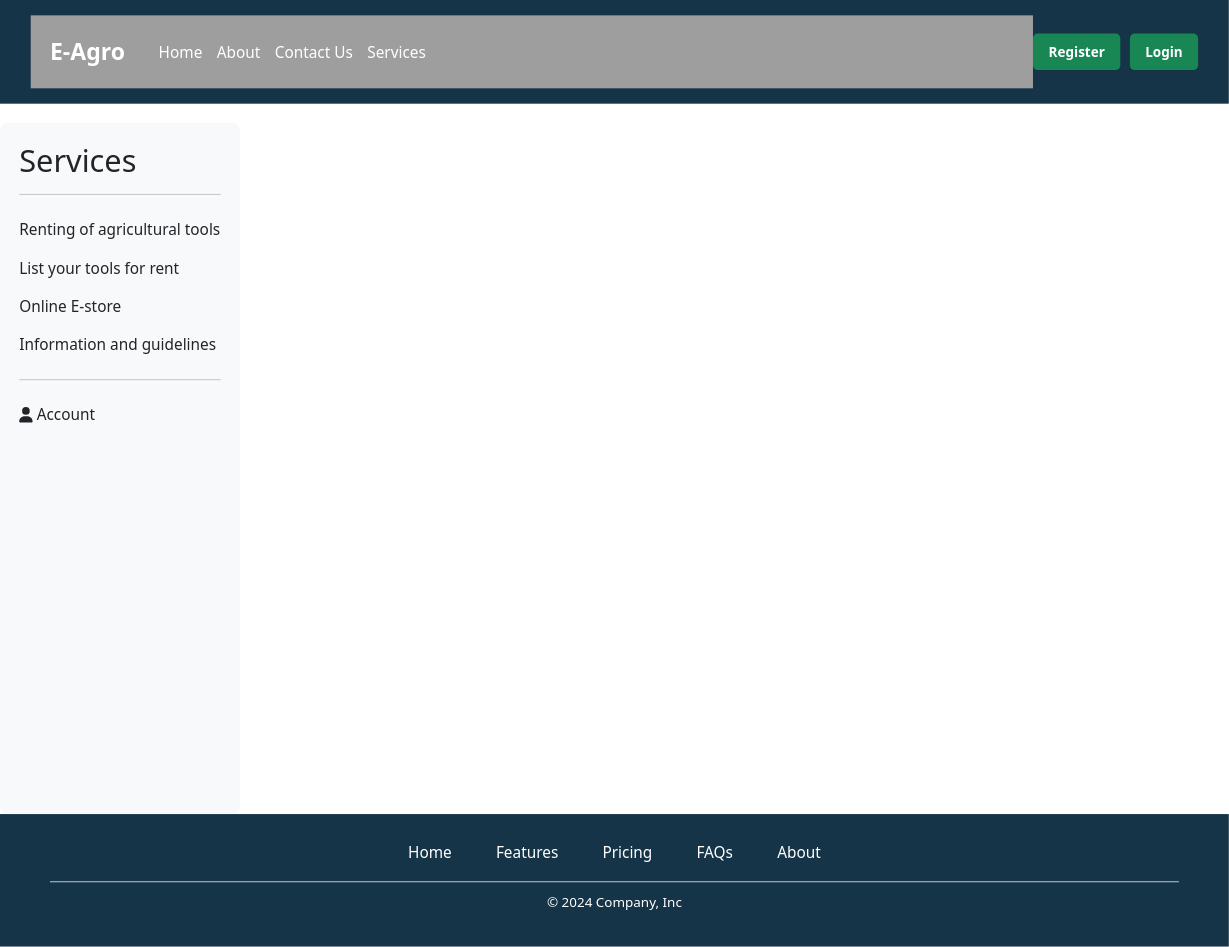
Repository: soniyakhichi11/E-Agro
Page: /Rental (app in frontend/)
The author's editor kept a copy of each file at every save. The page is drawn from the files as they stood at one save, then again after the next save.
The browser window is 1280 px wide. The pictures show the whole page, at 96% of full size.
Pictures or frames that could not be fetched are drawn as grey boxes. The page's requests for data from a server got no answer. The project was rebuilt for these pictures with package versions that can differ from the ones it lists, and the page was loaded fresh each time. No one was signed in, and anything a server would have sent is missing. Also part of the build but not shown: frontend/vite.config.js, frontend/src/components/Register.jsx, frontend/src/components/FormRental.jsx, frontend/src/components/BookingPage.jsx, frontend/src/components/Home.jsx, frontend/src/components/About.jsx, frontend/src/components/Contact.jsx, frontend/src/components/Login.jsx.

Above is the page before, as saved 2025-04-05 19:01:56.

After the next save:
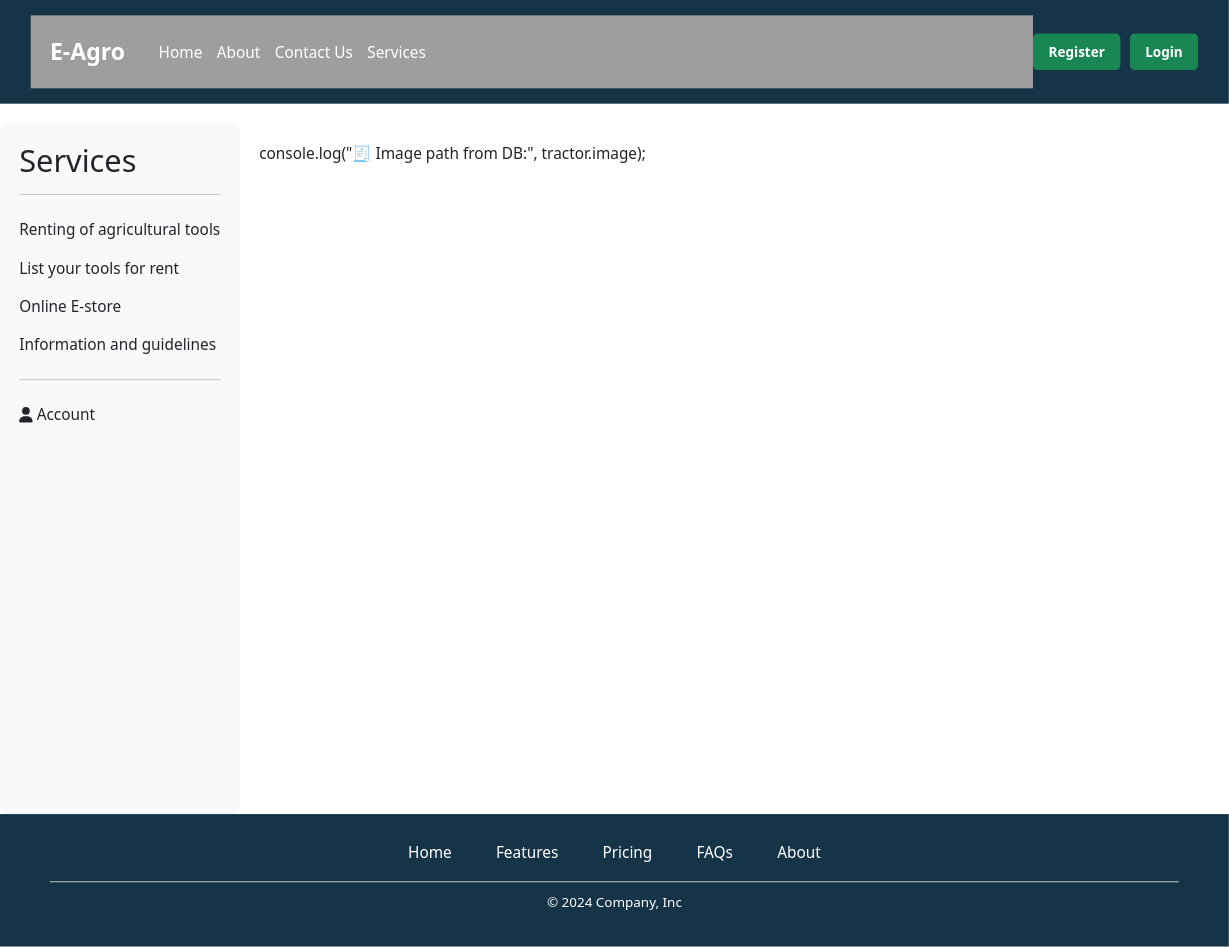
Saved 10 s later.
--- a/frontend/src/components/Rental.jsx
+++ b/frontend/src/components/Rental.jsx
@@ -74,7 +74,7 @@
 
     {/* Cards Container */}
     <div className="cards-container">
-
+    console.log("🧾 Image path from DB:", tractor.image);
 
         {tractors.map((tractor) => (
             <div key={tractor._id} className="card">

After the save that followed:
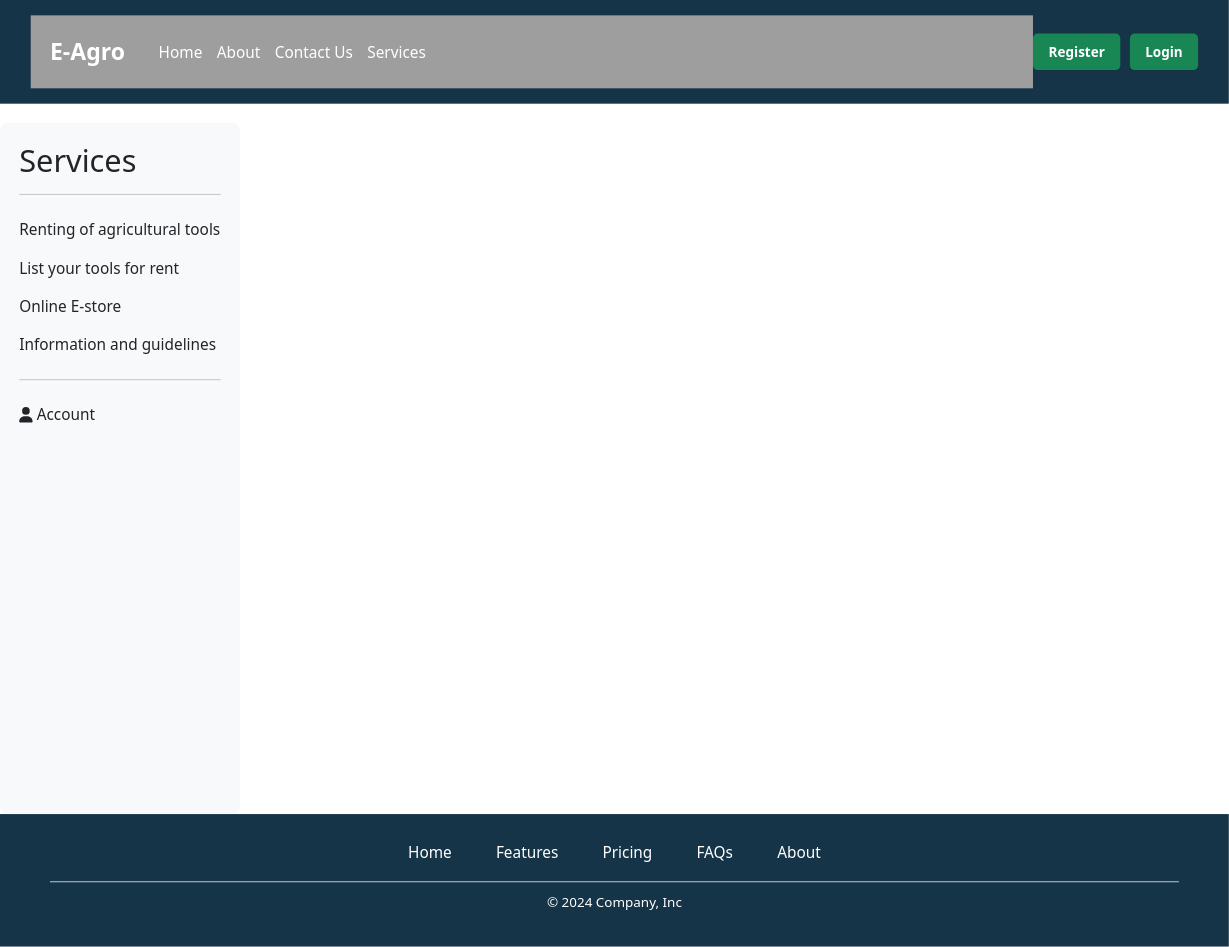
Saved 3 min 9 s later.
--- a/frontend/src/components/Rental.jsx
+++ b/frontend/src/components/Rental.jsx
@@ -74,7 +74,7 @@
 
     {/* Cards Container */}
     <div className="cards-container">
-    console.log("🧾 Image path from DB:", tractor.image);
+
 
         {tractors.map((tractor) => (
             <div key={tractor._id} className="card">
